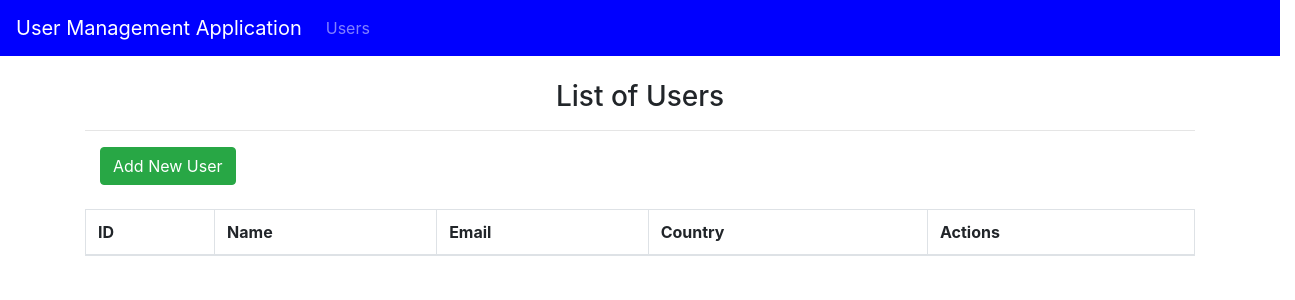
Repository: Magdiel-Mendes/GerenciadorDeFuncionarios
Page: http://localhost/Gerenciador/listaFuncionario.jsp
The author's editor kept a copy of each file at every save. The page is drawn from the files as they stood at one save, then again after the next save.
The browser window is 1280 px wide. The page is 1295 px wide, so the pictures cover 1295 px, including what lies to the right of the window. The pictures show the whole page.
The page is served by Tomcat 9.

Above is the page before, as saved 2023-10-09 00:43:46.

After the next save:
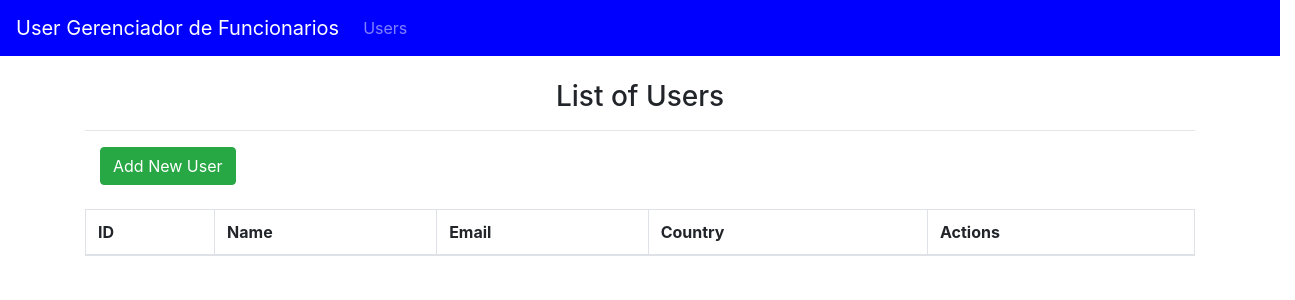
Saved 30 s later.
--- a/Gerenciador/webContent/listaFuncionario.jsp
+++ b/Gerenciador/webContent/listaFuncionario.jsp
@@ -16,7 +16,7 @@
 			style="background-color: blue">
 			<div>
 				<a href="https://www.xadmin.net" class="navbar-brand"> User
-					Management Application </a>
+					Gerenciador de Funcionarios </a>
 			</div>
 
 			<ul class="navbar-nav">
